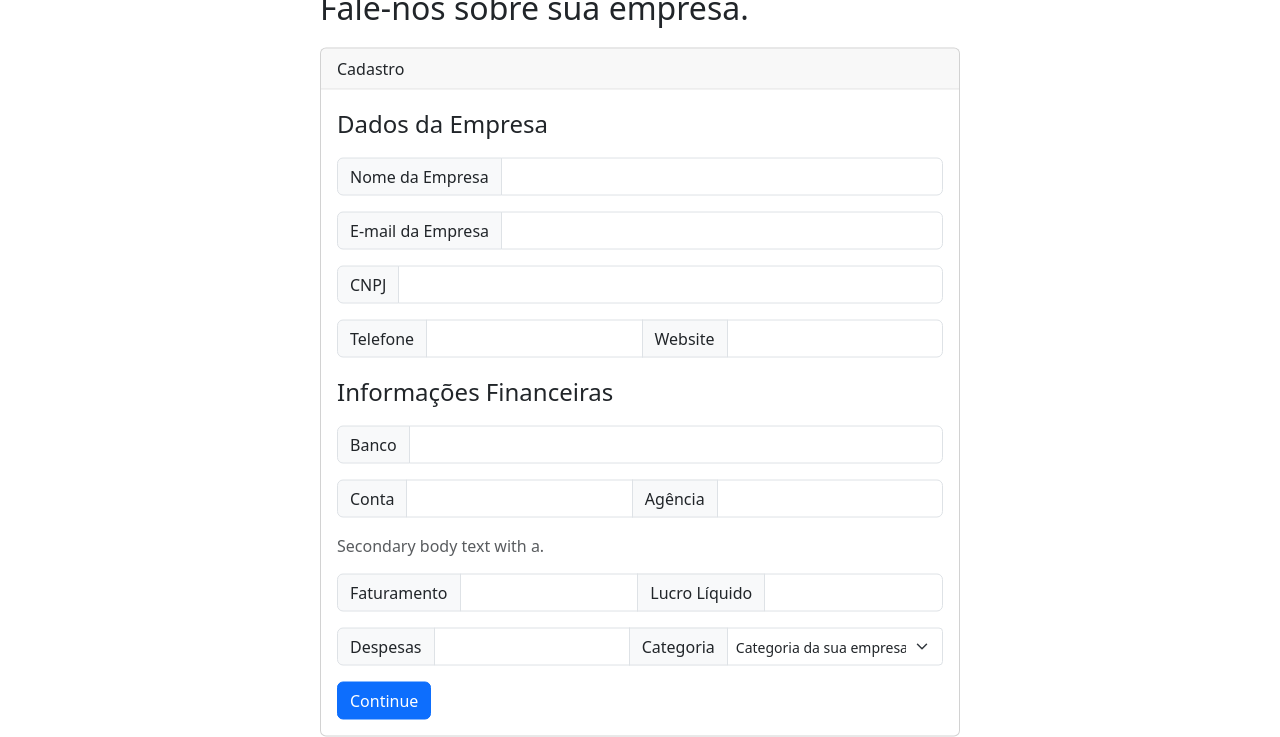
Repository: vandrecx/utilitaries
Page: http://localhost/login_archive/cadastro.php
The author's editor kept a copy of each file at every save. The page is drawn from the files as they stood at one save, then again after the next save.
The browser window is 1280 px wide. The pictures show the whole page.
The page is run by PHP 8.4 with error messages shown; the project is at /var/www/html/.

Above is the page before, as saved 2024-05-03 13:27:30.

### login_archive/cadastro.php
<?php

require_once 'Conn.php';
include 'funcoes.php';

?>

<!DOCTYPE html>
<html lang="en">
<head>
    <meta charset="UTF-8">
    <meta name="viewport" content="width=device-width, initial-scale=1.0">
    <link href="https://cdn.jsdelivr.net/npm/bootstrap@5.3.3/dist/css/bootstrap.min.css" rel="stylesheet" integrity="sha384-QWTKZyjpPEjISv5WaRU9OFeRpok6YctnYmDr5pNlyT2bRjXh0JMhjY6hW+ALEwIH" crossorigin="anonymous">
    <title>Página de Cadastro</title>
</head>
<body>
    <div style="width: 50%; justify-content: center; position: absolute; top: 50%; left: 50%; transform: translate(-50%, -50%);">
        <p class="fs-2">Fale-nos sobre sua empresa.</p>
        <div class="card">
            <div class="card-header">
                Cadastro
            </div>
            <div class="card-body">
                <p class="fs-4">Dados da Empresa</p>
                <form method="POST" action="UserSignUp.php">
                    <div class="input-group mb-3">
                        <span class="input-group-text" id="inputGroup-sizing-default">Nome da Empresa</span>
                        <input type="text" class="form-control" aria-label="Sizing example input" aria-describedby="inputGroup-sizing-default">
                    </div>
                    <div class="input-group mb-3">
                        <span class="input-group-text" id="inputGroup-sizing-default">E-mail da Empresa</span>
                        <input type="text" class="form-control" aria-label="Sizing example input" aria-describedby="inputGroup-sizing-default">
                    </div>
                    <div class="input-group mb-3">
                        <span class="input-group-text" id="inputGroup-sizing-default">CNPJ</span>
                        <input type="text" class="form-control" aria-label="Sizing example input" aria-describedby="inputGroup-sizing-default">
                    </div>
                    <div class="input-group mb-3">
                        <span class="input-group-text" id="inputGroup-sizing-default">Telefone</span>
                        <input type="text" class="form-control" aria-label="Sizing example input" aria-describedby="inputGroup-sizing-default">
                        <span class="input-group-text" id="inputGroup-sizing-default">Website</span>
                        <input type="text" class="form-control" aria-label="Sizing example input" aria-describedby="inputGroup-sizing-default">
                    </div>
                    <p class="fs-4">Informações Financeiras</p>
                    <div class="input-group mb-3">
                        <span class="input-group-text" id="inputGroup-sizing-default">Banco</span>
                        <input type="text" class="form-control" aria-label="Sizing example input" aria-describedby="inputGroup-sizing-default">
                    </div>
                    <div class="input-group mb-3">
                        <span class="input-group-text" id="inputGroup-sizing-default">Conta</span>
                        <input type="text" class="form-control" aria-label="Sizing example input" aria-describedby="inputGroup-sizing-default">
                        <span class="input-group-text" id="inputGroup-sizing-default">Agência</span>
                        <input type="text" class="form-control" aria-label="Sizing example input" aria-describedby="inputGroup-sizing-default">
                    </div>
                    <p class="text-body-secondary">
                        Secondary body text with a.
                    </p>
                    <div class="input-group mb-3">
                        <span class="input-group-text" id="inputGroup-sizing-default">Faturamento</span>
                        <input type="text" class="form-control" aria-label="Sizing example input" aria-describedby="inputGroup-sizing-default">
                        <span class="input-group-text" id="inputGroup-sizing-default">Lucro Líquido</span>
                        <input type="text" class="form-control" aria-label="Sizing example input" aria-describedby="inputGroup-sizing-default">
                    </div>
                    <div class="input-group mb-3">
                        <span class="input-group-text" id="inputGroup-sizing-default">Despesas</span>
                        <input type="text" class="form-control" aria-label="Sizing example input" aria-describedby="inputGroup-sizing-default">
                        <span class="input-group-text" id="inputGroup-sizing-default">Categoria</span>
                        <select class="form-select form-select-sm" aria-label="Large select example">
                            <option selected>Categoria da sua empresa</option>
                            <option value="1">Prestação de Serviços</option>
                            <option value="2">Indústria</option>
                            <option value="3">Vendas</option>
                        </select>
                    </div>
                    <button type="submit" class="btn btn-primary" name="submit">Continue</button>
                </form>
            </div>
        </div>
    </div>

</body>
</html>

### login_archive/Conn.php
<?php

//PDO (PHP DATA OBJECTS)

$pdo = new PDO("mysql:host=localhost; dbname=sistema; charset=UTF8", "root", ""); // REALIZA CONEXÃO COM PDO
$pdo->setAttribute(PDO::ATTR_ERRMODE, PDO::ERRMODE_EXCEPTION); // EXCEPTIONS

?>

### login_archive/funcoes.php
<?php

require_once 'Conn.php';

// FUNÇÃO RESPONSÁVEL POR SANITIZAR OS DADOS PASSADOS POR POST
function sanitizeData($input_name, $type){
    switch ($type){

        case 'text':
            return filter_input(INPUT_POST, $input_name, FILTER_SANITIZE_SPECIAL_CHARS);
            break;

        case 'email':
            $email = filter_input(INPUT_POST, $input_name, FILTER_SANITIZE_EMAIL);
            //VALIDAR EMAIL AQUI NO MEIO
            return $email;
            break;

        case 'url':
            return filter_input(INPUT_POST, $input_name, FILTER_SANITIZE_URL);
            break;

        case 'int':
            return filter_input(INPUT_POST, $input_name, FILTER_SANITIZE_NUMBER_INT);
            break;

        case 'float':
            return filter_input(INPUT_POST, $input_name, FILTER_SANITIZE_NUMBER_FLOAT);
            break;

        default:
            return $input_name;
    }
}

// GERA SENHA ALEATÓRIA DE 6 CARACTERES
function generatePassword(){
    $chars = 'abcdefghijklmnopqrstuvwxyzABCDEFGHIJKLMNOPQRSTUVWXYZ0123456789!@#$%^&*()-_=+';
    return substr(str_shuffle($chars), 0, 5) . substr(str_shuffle('ABCDEFGHIJKLMNOPQRSTUVWXYZ!@#$%^&*()-_=+'), 0, 1);
}

// ATUALIZA SENHA (usada em ForgotPassword.php)
function updatePass($newpass, $email, $pdo){

    try{

        $update = $pdo->prepare("UPDATE entidade SET s_password_entidade = :new_pass WHERE s_enterpriseemail_entidade = :s_enterpriseemail_entidade");
        $update->bindParam(':new_pass', $newpass);
        $update->bindParam(':s_enterpriseemail_entidade', $email);
        $update->execute();

    } catch(PDOException $err) {

        echo 'Erro na atualização: ' . $err;

    }

}

//ESCONDE EMAIL DE RECUPERAÇÃO PASSADO POR SESSION
function hideEmail(){

    session_start();

    $email = $_SESSION['pass_repair'];
    $encript_email = substr($email, 0, 5);
    $result_email = $encript_email . str_repeat("*", strlen($email) - 5);

    session_destroy();

    return $result_email;
}

?>

After the next save:
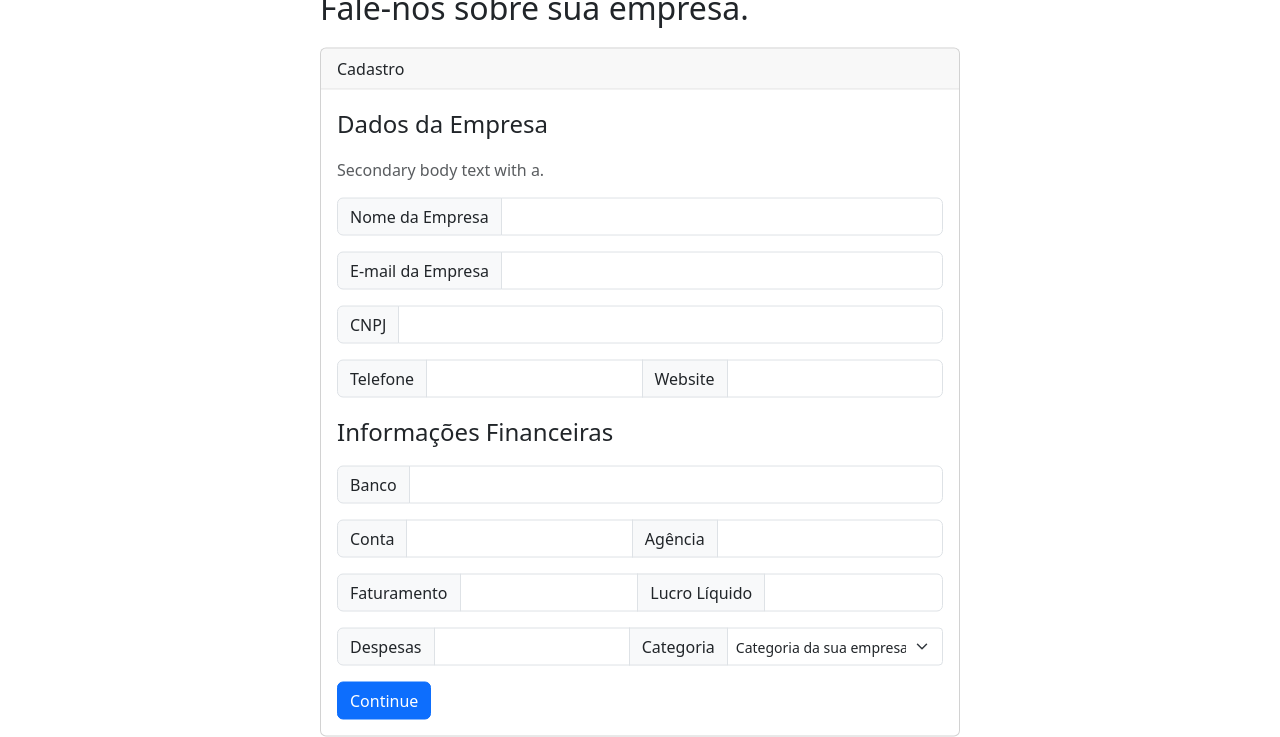
Saved 94 s later.
--- a/login_archive/cadastro.php
+++ b/login_archive/cadastro.php
@@ -22,6 +22,9 @@ include 'funcoes.php';
             </div>
             <div class="card-body">
                 <p class="fs-4">Dados da Empresa</p>
+                <p class="text-body-secondary">
+                        Secondary body text with a.
+                    </p>
                 <form method="POST" action="UserSignUp.php">
                     <div class="input-group mb-3">
                         <span class="input-group-text" id="inputGroup-sizing-default">Nome da Empresa</span>
@@ -52,9 +55,6 @@ include 'funcoes.php';
                         <span class="input-group-text" id="inputGroup-sizing-default">Agência</span>
                         <input type="text" class="form-control" aria-label="Sizing example input" aria-describedby="inputGroup-sizing-default">
                     </div>
-                    <p class="text-body-secondary">
-                        Secondary body text with a.
-                    </p>
                     <div class="input-group mb-3">
                         <span class="input-group-text" id="inputGroup-sizing-default">Faturamento</span>
                         <input type="text" class="form-control" aria-label="Sizing example input" aria-describedby="inputGroup-sizing-default">
